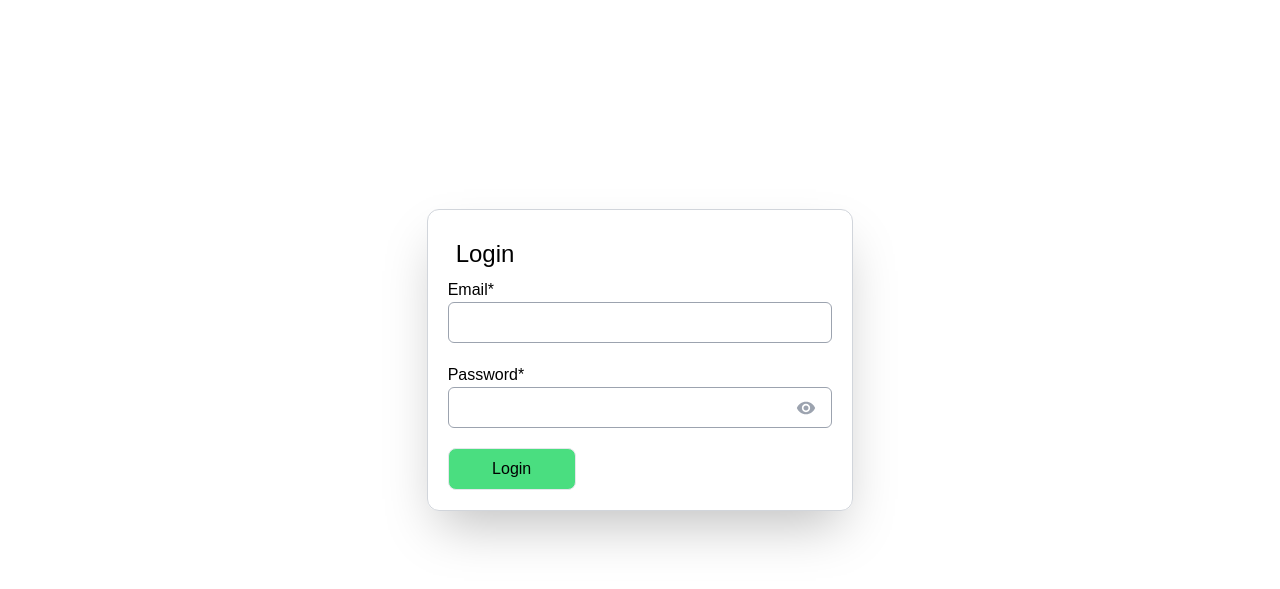
Repository: Qu4ntumGuy/support-ai
Page: /auth (app in frontend/)
The author's editor kept a copy of each file at every save. The page is drawn from the files as they stood at one save, then again after the next save.
The browser window is 1280 px wide. The pictures show the whole page.
The project was rebuilt for these pictures with package versions that can differ from the ones it lists, and the page was loaded fresh each time.

Above is the page before, as saved 2024-07-13 18:51:25.

### frontend/src/index.css
@tailwind base;
@tailwind components;
@tailwind utilities;

@import url("https://fonts.googleapis.com/css2?family=Poppins:ital,wght@0,100;0,200;0,300;0,400;0,500;0,600;0,700;0,800;0,900;1,100;1,200;1,300;1,400;1,500;1,600;1,700;1,800;1,900&display=swap");

:root {
  font-family: "Poppins", sans-serif;
  color-scheme: light;
}

### frontend/src/App.js
import React, { Suspense } from "react";
import { Route, Routes } from "react-router-dom";
import { BrowserRouter } from "react-router-dom";

const Home = React.lazy(() => import("./Pages/Home/Home"));
const Auth = React.lazy(() => import("./Pages/Auth/Auth"));

function App() {
  return (
    <>
      <BrowserRouter>
        <Suspense fallback={<div>Loading...</div>}>
          <Routes>
            <Route path="/" exact element={<Home />} />
            <Route path="/auth" exact element={<Auth />} />
          </Routes>
        </Suspense>
      </BrowserRouter>
    </>
  );
}

export default App;

### frontend/src/Pages/Auth/Auth.js
import React from "react";
import { Link } from "react-router-dom";
import VisibilityIcon from "@mui/icons-material/Visibility";
import VisibilityOffIcon from "@mui/icons-material/VisibilityOff";

function Auth() {
  const [email, setEmail] = React.useState("");
  const [password, setPass] = React.useState("");
  const [showPassword, setShowPassword] = React.useState(false);
  const [loading, setLoading] = React.useState(false);

  const loginHandler = async (e) => {
    e.preventDefault();
    setLoading(true);
    const res = await fetch("http://localhost:8000/api/login", {
      method: "POST",
      headers: {
        "Content-Type": "application/json",
      },
      body: JSON.stringify({ email, password }),
    });
    const data = await res.json();
    console.log(data);
    setLoading(false);
  };

  return (
    <div className="flex h-screen justify-center items-center">
      <div className="border border-gray-300 rounded-xl p-5 w-full md:w-1/2 m-5 shadow-2xl xl:w-1/3 2xl:w-[30%]">
        <div className="text-2xl p-2">Login</div>
        <div>
          <form>
            <div>
              <label>Email*</label>
              <input
                type="text"
                className=" hover:border-gray-500 border bg-inherit focus:outline-none  border-gray-400 w-full p-[2%] rounded-md mb-5"
                name="email"
                required
                onChange={(e) => setEmail(e.target.value)}
                value={email}
              />
            </div>
            <div>
              <label>Password*</label>
              <div className="flex border hover:border-gray-500 focus:outline-none justify-between border-gray-400 w-full p-[2%] rounded-md mb-5 ">
                <input
                  type={showPassword ? "text" : "password"}
                  className="focus:outline-none w-full bg-inherit"
                  name="password"
                  required
                  onChange={(e) => setPass(e.target.value)}
                  value={password}
                />
                <div
                  onClick={() => setShowPassword(!showPassword)}
                  className="cursor-pointer px-2 text-gray-400"
                >
                  {showPassword ? (
                    <VisibilityOffIcon fontSize="small" />
                  ) : (
                    <VisibilityIcon fontSize="small" />
                  )}
                </div>
              </div>
            </div>
            <button className="w-32 border bg-green-400 p-2 rounded-lg hover:bg-green-500">
              {loading ? "Loading..." : "Login"}
            </button>
          </form>
        </div>
      </div>
    </div>
  );
}

export default Auth;

Loaded but not shown: frontend/public/index.html (common file); frontend/src/index.js (common file); frontend/src/reportWebVitals.js (common file); frontend/tailwind.config.js (common file)

After the next save:
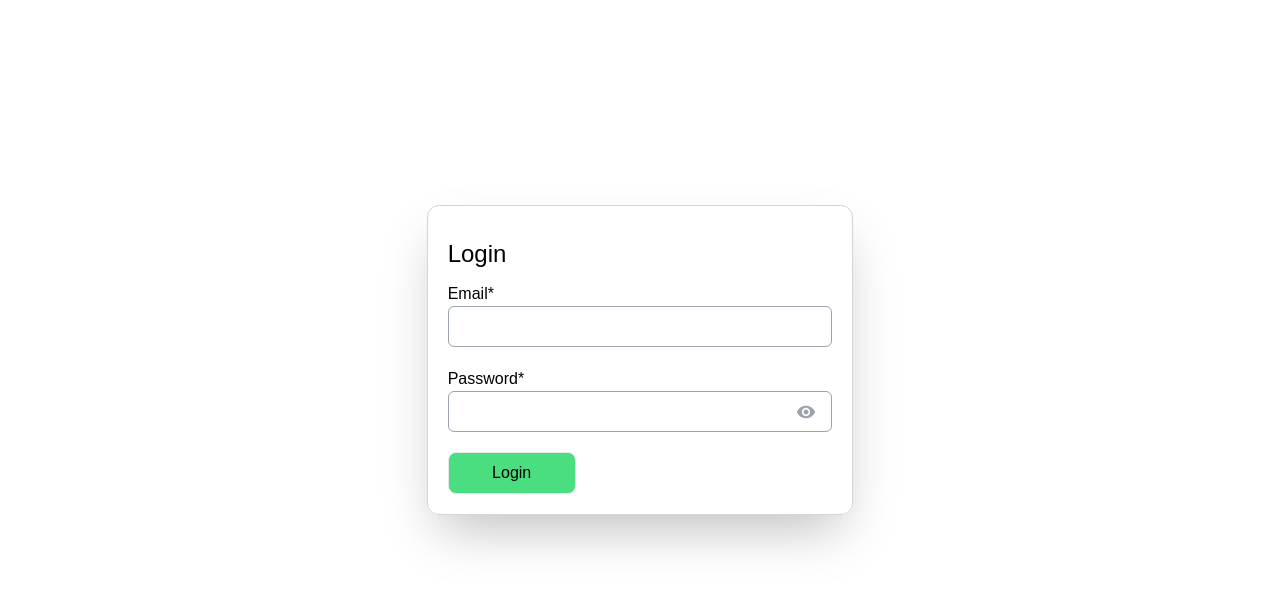
Saved 9 s later.
--- a/frontend/src/Pages/Auth/Auth.js
+++ b/frontend/src/Pages/Auth/Auth.js
@@ -27,7 +27,7 @@ function Auth() {
   return (
     <div className="flex h-screen justify-center items-center">
       <div className="border border-gray-300 rounded-xl p-5 w-full md:w-1/2 m-5 shadow-2xl xl:w-1/3 2xl:w-[30%]">
-        <div className="text-2xl p-2">Login</div>
+        <div className="text-2xl py-3">Login</div>
         <div>
           <form>
             <div>
